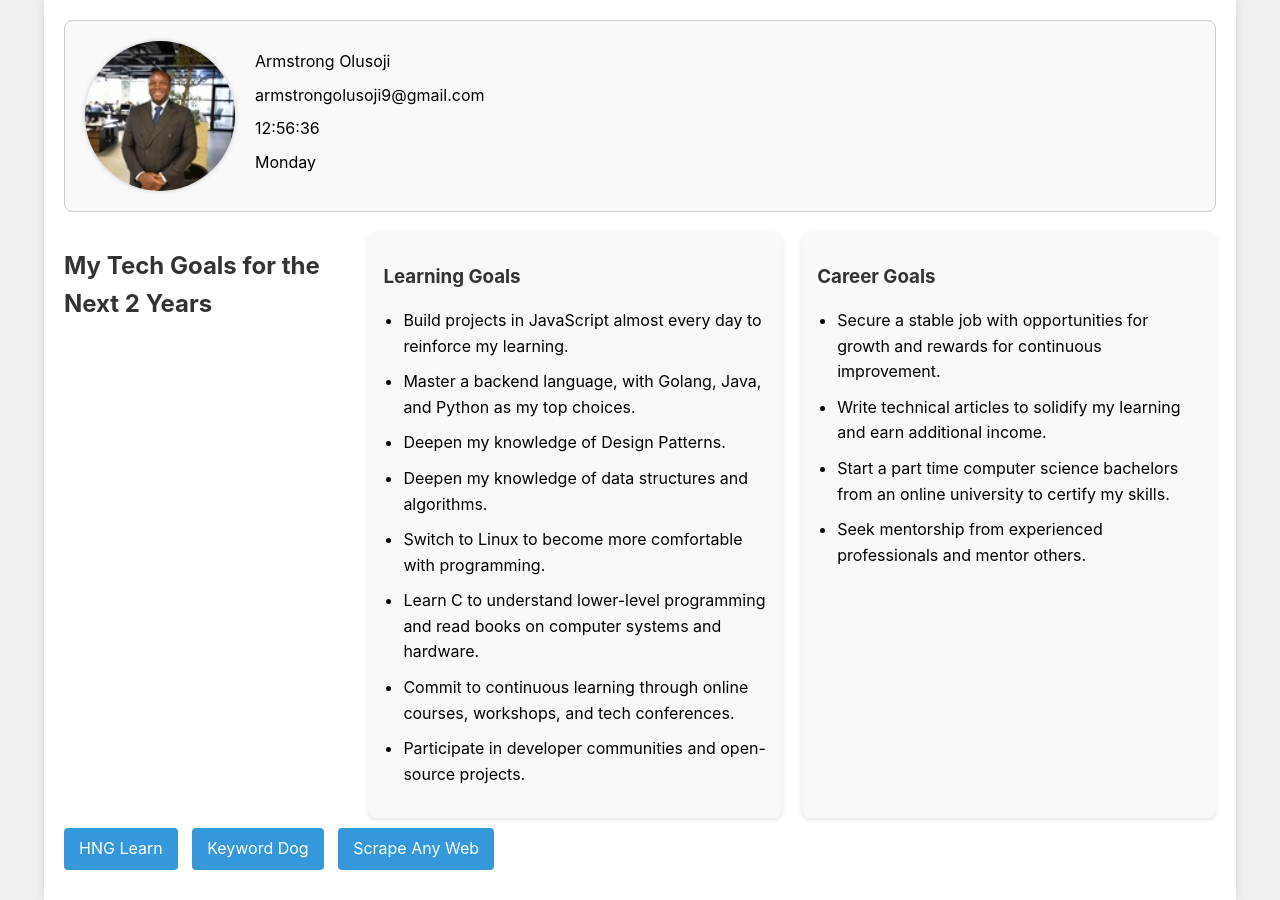
Repository: Armstrong2035/hng-project-one
Page: index.html
The author's editor kept a copy of each file at every save. The page is drawn from the files as they stood at one save, then again after the next save.
The browser window is 1280 px wide. The pictures show the whole page.

Above is the page before, as saved 2024-07-01 17:54:20.

After the next save:
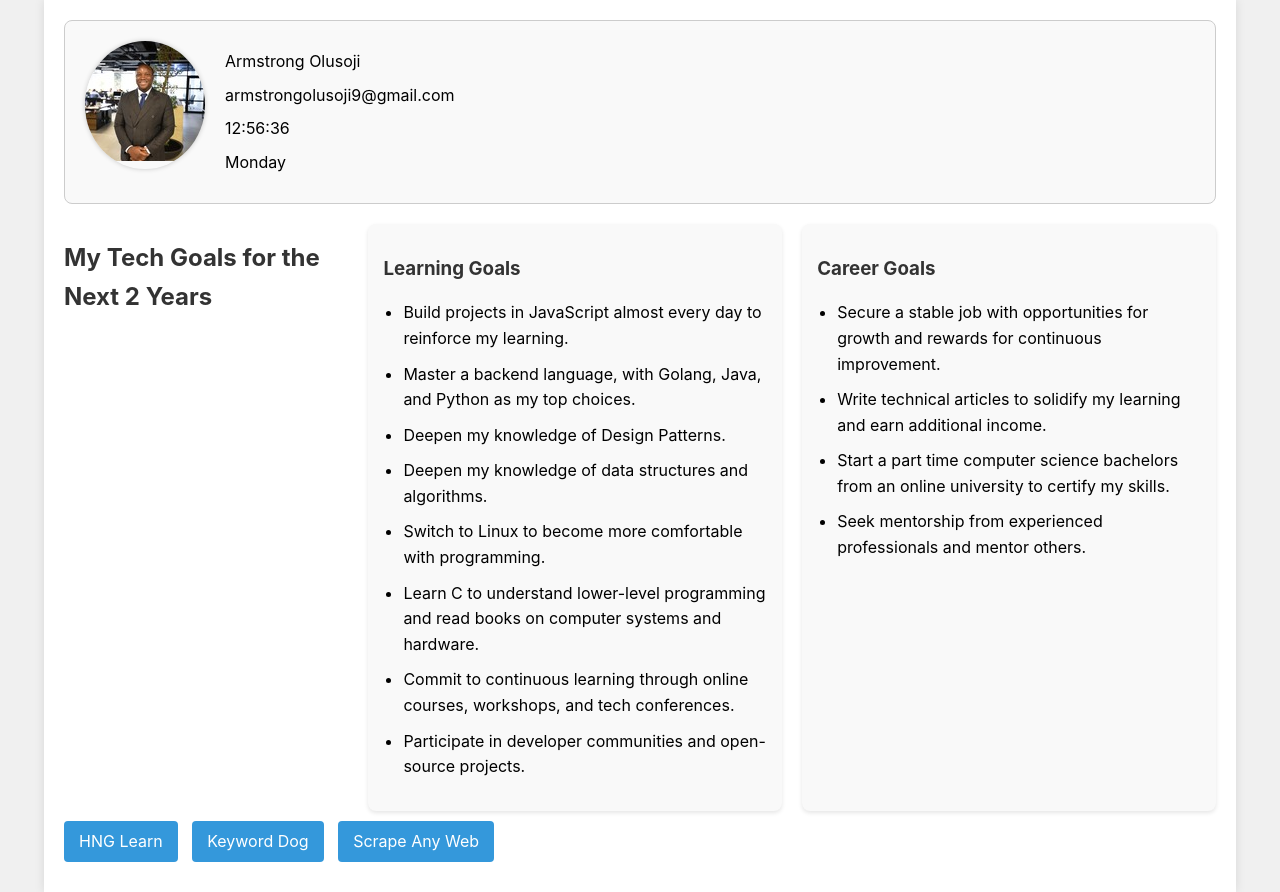
Saved 2 min 18 s later.
--- a/style.css
+++ b/style.css
@@ -27,8 +27,6 @@ body {
 }
 
 .profile-picture {
-  height: 150px;
-  width: 150px;
   border-radius: 50%;
   overflow: hidden;
   margin-bottom: 15px;
